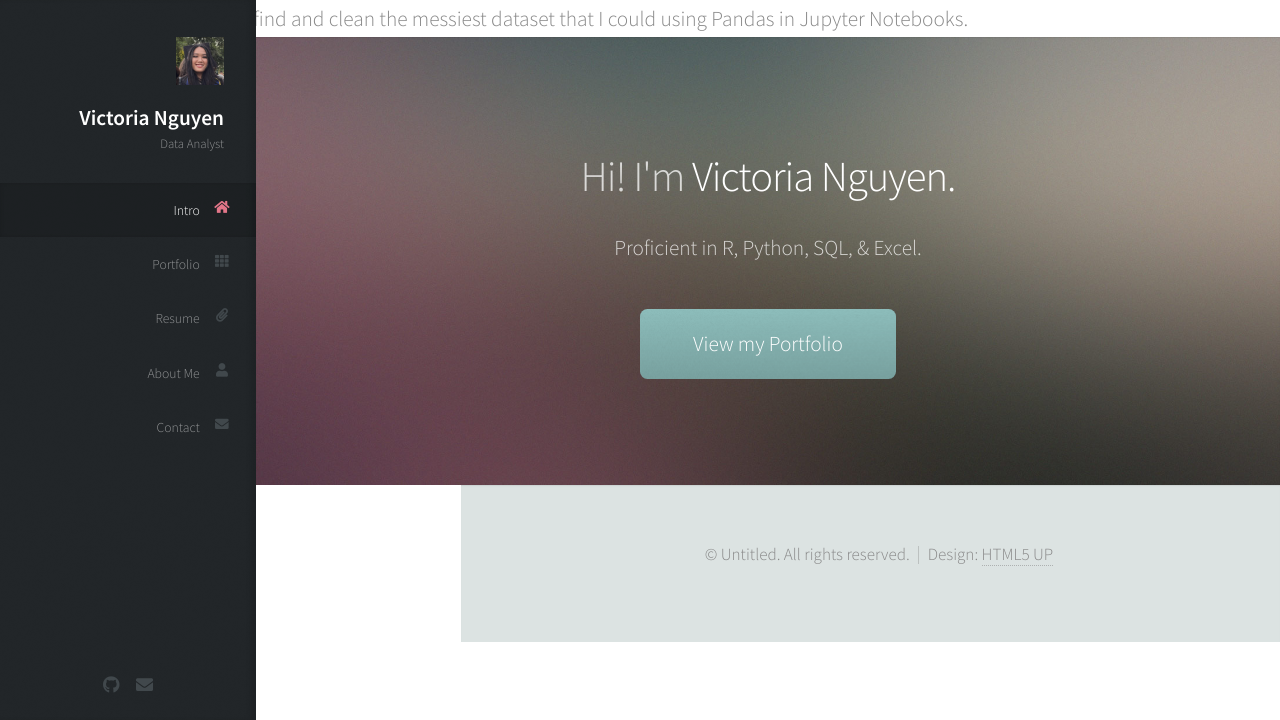
Repository: VictoriaTCNguyen/VictoriaTCNguyen
Page: portfolio_data_cleaning_with_python.html
These files come from the project's save history. The page is drawn as it stood at one moment and after a run of saves; the edit follows.
The browser window is 1280 px wide. The pictures show the whole page.

Above is the page before, as saved 2023-05-31 06:23:45.

### portfolio_data_cleaning_with_python.html
<!DOCTYPE html>
<html lang="en">
  <head>
    <meta charset="utf-8">
    <title></title>
  </head>

  <body class="is-preload">
    In this project my goal was to find and clean the messiest dataset that I could using Pandas in Jupyter Notebooks.
  </body>

</html>



<!DOCTYPE HTML>
<!--
	Prologue by HTML5 UP
	html5up.net | @ajlkn
	Free for personal and commercial use under the CCA 3.0 license (html5up.net/license)
-->
<html>
	<head>
		<title> Data Cleaning with Python </title>
		<meta charset="utf-8" />
		<meta name="viewport" content="width=device-width, initial-scale=1, user-scalable=no" />
		<link rel="stylesheet" href="assets/css/main.css" />
		<link rel="icon" href="/images/woman-technologist-light-skin-tone_1f469-1f3fb-200d-1f4bb.png">
	</head>
	<body class="is-preload">

		<!-- Header -->
			<div id="header">

				<div class="top">

					<!-- Logo -->
						<div id="logo">
							<span class="image avatar48"><img src="images/VN_LinkedIn.jpg" alt="" /></span>
							<h1 id="title">Victoria Nguyen</h1>
							<p>Data Analyst</p>
						</div>

					<!-- Nav -->
						<nav id="nav">
							<ul>
								<li><a href="#top" id="top-link"><span class="icon solid fa-home">Intro</span></a></li>
								<li><a href="#portfolio" id="portfolio-link"><span class="icon solid fa-th">Portfolio</span></a></li>
								<!-- <li><a href="#education" id="education-link"><span class="icon solid fa-graduation-cap">Education</span></a></li> -->
								<li><a href="#resume" id="resume-link"><span class="icon solid fa-paperclip">Resume</span></a></li>
								<li><a href="#about" id="about-link"><span class="icon solid fa-user">About Me</span></a></li>
								<li><a href="#contact" id="contact-link"><span class="icon solid fa-envelope">Contact</span></a></li>
							</ul>
						</nav>

				</div>

				<div class="bottom">

					<!-- Social Icons -->
						<ul class="icons">
							<li><a href="#" class="icon brands fa-github"><span class="label">Github</span></a></li>
							<li><a href="#" class="icon solid fa-envelope"><span class="label">Email</span></a></li>
						</ul>

				</div>

			</div>

		<!-- Main -->
			<div id="main">

				<!-- Intro -->
					<section id="top" class="one dark cover">
						<div class="container">

							<header>
								<h2 class="alt">Hi! I'm <strong>Victoria Nguyen.</strong> </h2>
								<p>Proficient in R, Python, SQL, & Excel.</p>
							</header>

							<footer>
								<a href="#portfolio" class="button scrolly">View my Portfolio</a>
							</footer>

						</div>
					</section>

		<!-- Footer -->
			<div id="footer">

				<!-- Copyright -->
					<ul class="copyright">
						<li>&copy; Untitled. All rights reserved.</li><li>Design: <a href="http://html5up.net">HTML5 UP</a></li>
					</ul>

			</div>

		<!-- Scripts -->
			<script src="assets/js/jquery.min.js"></script>
			<script src="assets/js/jquery.scrolly.min.js"></script>
			<script src="assets/js/jquery.scrollex.min.js"></script>
			<script src="assets/js/browser.min.js"></script>
			<script src="assets/js/breakpoints.min.js"></script>
			<script src="assets/js/util.js"></script>
			<script src="assets/js/main.js"></script>

	</body>
</html>

Loaded but not shown: assets/js/jquery.min.js (library); assets/js/jquery.scrolly.min.js (common file); assets/js/jquery.scrollex.min.js (common file); assets/js/browser.min.js (common file); assets/js/breakpoints.min.js (common file); assets/css/fontawesome-all.min.css (library); assets/js/util.js (587 lines, source omitted); assets/js/main.js (123 lines, source omitted); assets/css/main.css (2633 lines, source omitted)

After the next 2 saves:
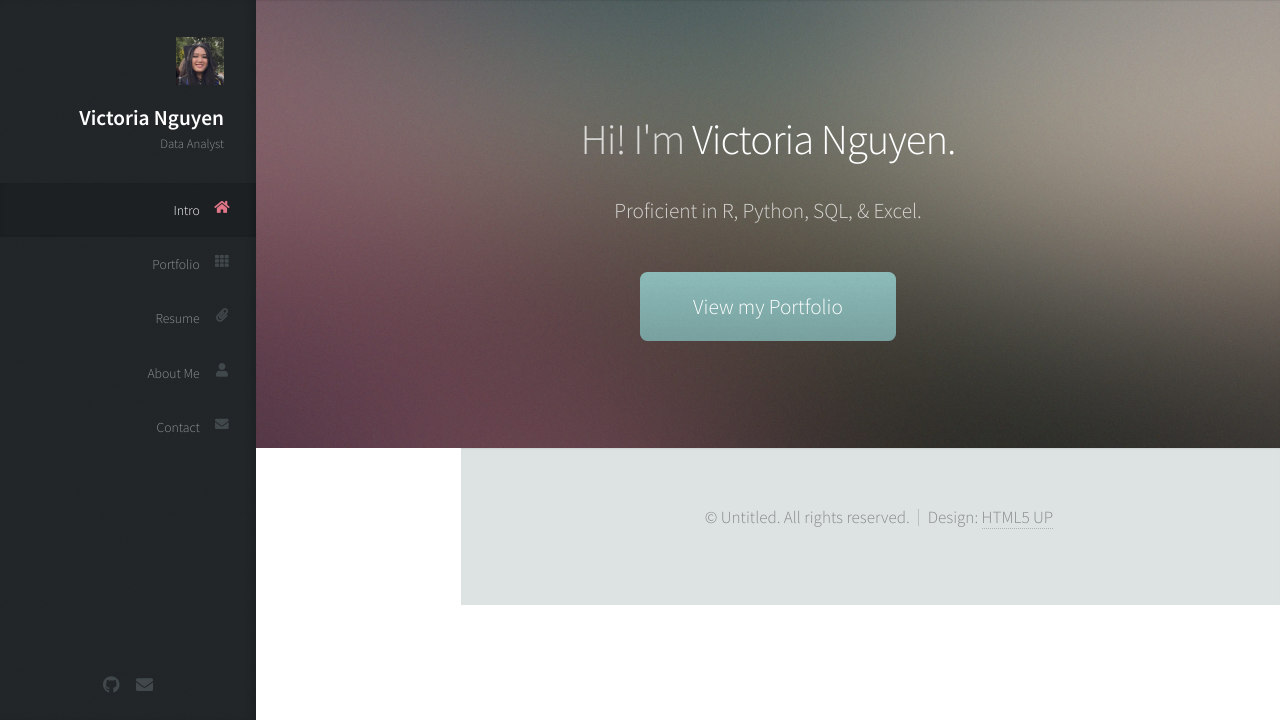
The 2 saves are shown as one change because they came seconds apart.
The last was saved 23 s later.
--- a/portfolio_data_cleaning_with_python.html
+++ b/portfolio_data_cleaning_with_python.html
@@ -1,17 +1,3 @@
-<!DOCTYPE html>
-<html lang="en">
-  <head>
-    <meta charset="utf-8">
-    <title></title>
-  </head>
-
-  <body class="is-preload">
-    In this project my goal was to find and clean the messiest dataset that I could using Pandas in Jupyter Notebooks.
-  </body>
-
-</html>
-
-
 
 <!DOCTYPE HTML>
 <!--
